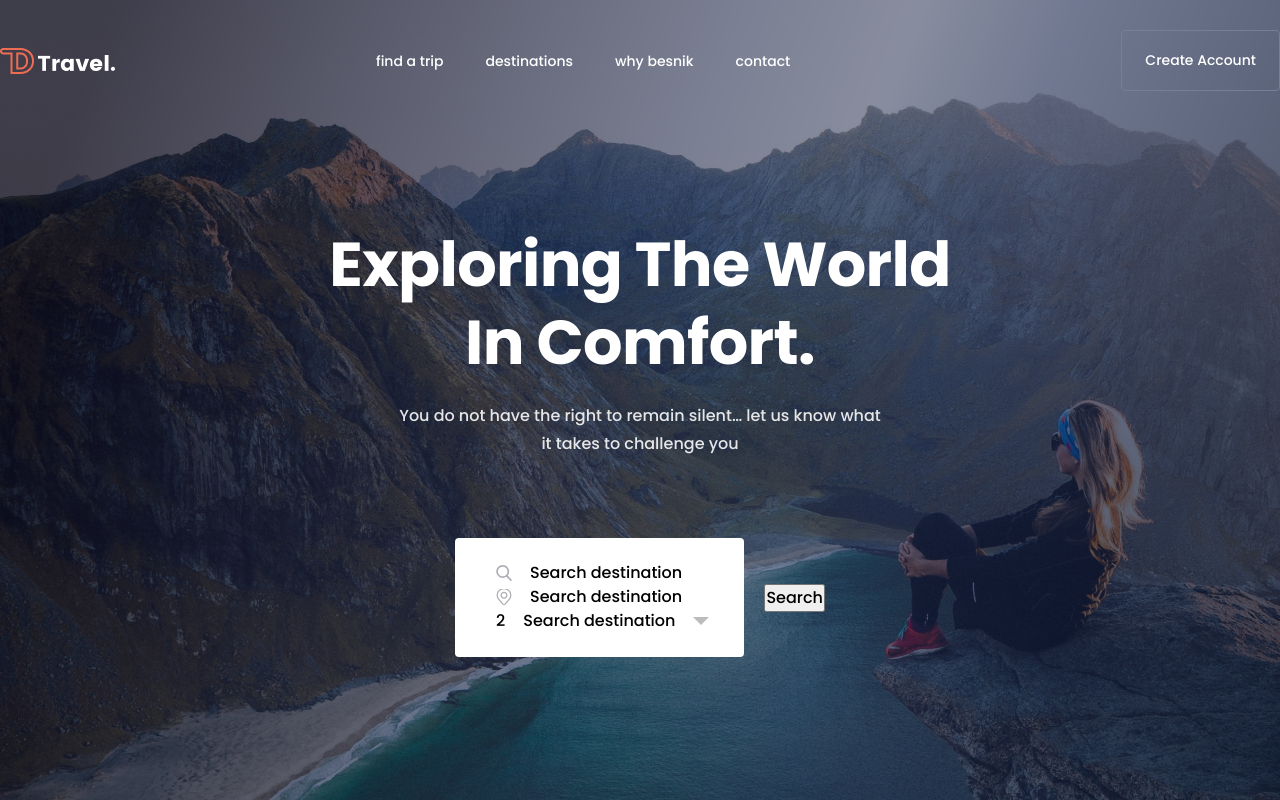
Repository: hoang0508/LandingPage-CodeTravel2
Page: index.html
The author's editor kept a copy of each file at every save. The page is drawn from the files as they stood at one save, then again after the next save.
The browser window is 1280 px wide. The pictures show the whole page.
The style sheet was rebuilt from its Sass, Less or Tailwind sources for each picture, by a compiler version that may differ from the author's.

Above is the page before, as saved 2022-09-15 16:52:02.

### index.html
<!DOCTYPE html>
<html lang="en">
  <head>
    <meta charset="UTF-8" />
    <meta http-equiv="X-UA-Compatible" content="IE=edge" />
    <meta name="viewport" content="width=device-width, initial-scale=1.0" />
    <title>Travale LandingPage</title>
    <link rel="stylesheet" href="./css/style.css" />
  </head>
  <body>
    <div class="wrapper">
      <!-- HEADER -->
      <header class="header">
        <div class="container">
          <div class="header-main">
            <div class="header-logo">
              <img src="./images/Logo.png" alt="Logo" />
            </div>
            <nav class="header-menu">
              <ul class="header-menu--list">
                <li class="header-menu--item">
                  <a href="#" class="header-menu--link">FIND A TRIP</a>
                </li>
                <li class="header-menu--item">
                  <a href="#" class="header-menu--link">DESTINATIONS</a>
                </li>
                <li class="header-menu--item">
                  <a href="#" class="header-menu--link">WHY BESNIK</a>
                </li>
                <li class="header-menu--item">
                  <a href="#" class="header-menu--link">CONTACT</a>
                </li>
              </ul>
            </nav>
            <div class="header-button">
              <button class="button button-acount">Create Account</button>
            </div>
          </div>

          <div class="header-content">
            <h1 class="header-content--title">
              Exploring The World In Comfort.
            </h1>
            <p class="header-content--desc">
              You do not have the right to remain silent… let us know what it
              takes to challenge you
            </p>
            <div class="header-form">
              <div class="header-content--form">
                <div class="form-down">
                  <div class="form-down--col">
                    <div class="form-down--icon">
                      <img src="./images/icon-search.svg" alt="" />
                    </div>
                    <span class="form-down--text">Search destination</span>
                  </div>
                  <div class="form-down--col">
                    <div class="form-down--icon">
                      <img src="./images/icon-loacation.svg" alt="" />
                    </div>
                    <span class="form-down--text">Search destination</span>
                  </div>
                  <div class="form-down--col">
                    <span>2</span>
                    <span class="form-down--text">Search destination</span>
                    <div class="form-down--icon">
                      <img src="./images/icon-arrow.svg" alt="" />
                    </div>
                  </div>
                </div>
              </div>
              <button>Search</button>
            </div>
          </div>
        </div>
      </header>
    </div>
  </body>
</html>

### sass/main.scss
@import "reset";
@import "variable";
@import "typography";
@import "base";
@import "global";
@import "header";

### sass/_reset.scss
*,
*::before,
*::after {
  box-sizing: border-box;
}
* {
  margin: 0;
  padding: 0;
  font: inherit;
}
body {
  line-height: 1.5;
}
img,
picture,
video,
canvas,
svg {
  display: block;
  max-width: 100%;
}
input,
button,
textarea,
select {
  outline: none;
}
p,
h1,
h2,
h3,
h4,
h5,
h6 {
  overflow-wrap: break-word;
}

a {
  text-decoration: none;
}

ul,
li {
  list-style: none;
}

### sass/_variable.scss
$text-white: #fff;
$primary-color: #34a5e4;

### sass/_typography.scss
@font-face {
  font-family: "Poppins";
  src: url("../fonts/Poppins-Regular.ttf") format("opentype");
  font-style: normal;
  font-display: auto;
  font-weight: 400;
}

@font-face {
  font-family: "Poppins";
  src: url("../fonts/Poppins-Light.ttf") format("opentype");
  font-style: normal;
  font-display: auto;
  font-weight: 300;
}

@font-face {
  font-family: "Poppins";
  src: url("../fonts/Poppins-Medium.ttf") format("opentype");
  font-style: normal;
  font-display: auto;
  font-weight: 500;
}

@font-face {
  font-family: "Poppins";
  src: url("../fonts/Poppins-SemiBold.ttf") format("opentype");
  font-style: normal;
  font-display: auto;
  font-weight: 600;
}

@font-face {
  font-family: "Poppins";
  src: url("../fonts/Poppins-Thin.ttf") format("opentype");
  font-style: normal;
  font-display: auto;
  font-weight: 100;
}

@font-face {
  font-family: "Poppins";
  src: url("../fonts/Poppins-Bold.ttf") format("opentype");
  font-style: normal;
  font-display: auto;
  font-weight: 700;
}

### sass/_base.scss
body {
  font-family: "Poppins", sans-serif;
  font-weight: 500;
}

.wrapper {
  max-width: 1600px;
  margin: 0 auto;
}

.container {
  max-width: 1280px;
  margin: 0 auto;
}

### sass/_global.scss
button.button {
  display: inline-block;
  border: 0;
  cursor: pointer;
  color: $text-white;
  &-acount {
    background-color: transparent;
    padding: 19px 23px;
    border: 1.5px solid #777f96;
    border-radius: 4px;
    font-size: 14px;
  }
}

### sass/_header.scss
.header {
  background-image: url("../images/header-img.png");
  min-height: 800px;
  background-size: cover;
  background-repeat: repeat;
  padding-top: 30px;
  &-main {
    display: flex;
    align-items: center;
    margin-bottom: 135px;
  }
  &-logo {
    margin-right: 261px;
  }
  &-menu {
    &--list {
      display: flex;
      align-items: center;
      gap: 0 42px;
      margin-right: 225px;
    }
    &--link {
      color: $text-white;
      text-transform: lowercase;
      font-size: 14px;
    }
  }
  &-button {
    margin-left: auto;
  }
  &-form {
    display: flex;
    justify-content: center;
    align-items: center;
    gap: 0 20px;
  }
  &-content {
    text-align: center;
    &--title {
      max-width: 640px;
      width: 100%;
      margin: 0 auto;
      font-size: 62px;
      font-weight: 700;
      color: $text-white;
      margin-bottom: 20px;
      letter-spacing: -0.01em;
      line-height: 78px;
    }
    &--desc {
      max-width: 493px;
      margin: 0 auto;
      color: #ffffff;
      font-weight: 500;
      mix-blend-mode: normal;
      opacity: 0.88;
      line-height: 28px;
      margin-bottom: 80px;
    }
    &--form {
      background-color: #ffffff;
      padding: 23px 35px 24px 41px;
      border-radius: 4px;
      box-shadow: 0px 40px 80px -22px rgba(98, 89, 89, 0.09);
      .form-down {
        &--col {
          display: flex;
          align-items: center;
          gap: 0 18px;
        }
        &--icon {
          width: 16px;
          height: 16px;
          display: inline-block;
          img {
            width: 100%;
            height: 100%;
            object-fit: cover;
          }
        }
      }
    }
  }
}

After the next save:
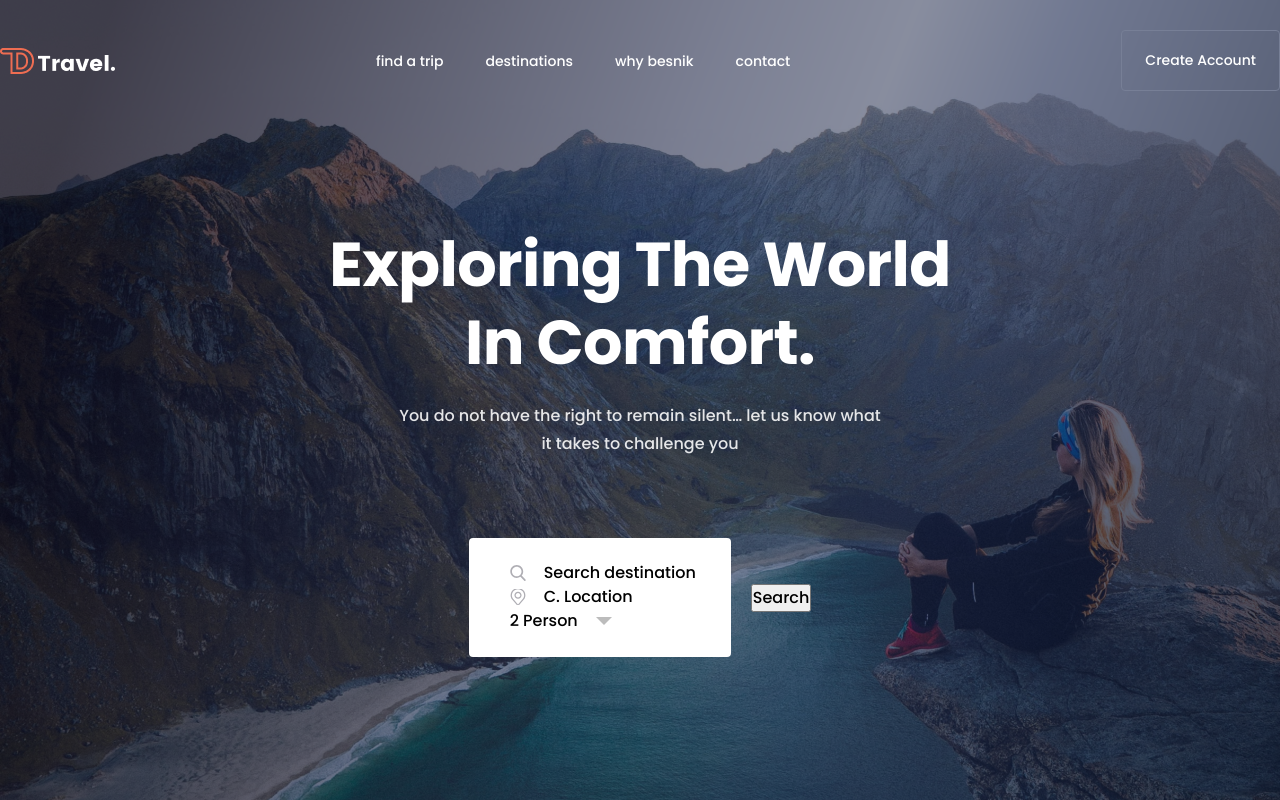
Saved 6 min 29 s later.
--- a/index.html
+++ b/index.html
@@ -58,11 +58,10 @@
                     <div class="form-down--icon">
                       <img src="./images/icon-loacation.svg" alt="" />
                     </div>
-                    <span class="form-down--text">Search destination</span>
+                    <span class="form-down--text">C. Location</span>
                   </div>
                   <div class="form-down--col">
-                    <span>2</span>
-                    <span class="form-down--text">Search destination</span>
+                    <span class="form-down--text">2 Person</span>
                     <div class="form-down--icon">
                       <img src="./images/icon-arrow.svg" alt="" />
                     </div>
